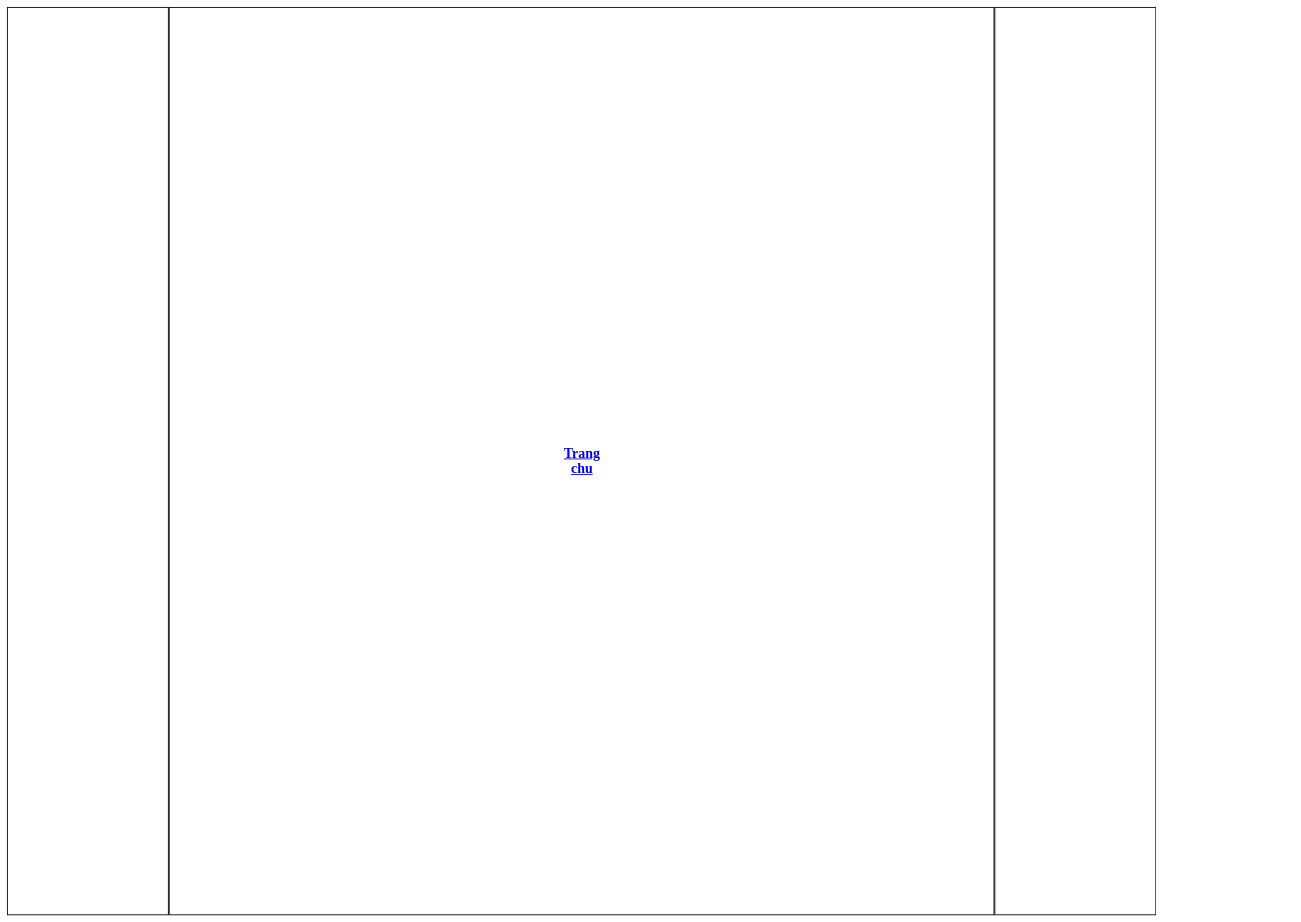
Repository: longtn213/Frond_end_HTML-CSS
Page: Front-End/Demohtml/Demo Html Css.html
The author's editor kept a copy of each file at every save. The page is drawn from the files as they stood at one save, then again after the next save.
The browser window is 1280 px wide. The page is 1329 px wide, then 1495 px, so the pictures cover 1495 px, including what lies to the right of the window. The pictures show the whole page, at 87% of full size.

Above is the page before, as saved 2021-09-09 14:16:45.

After the next save:
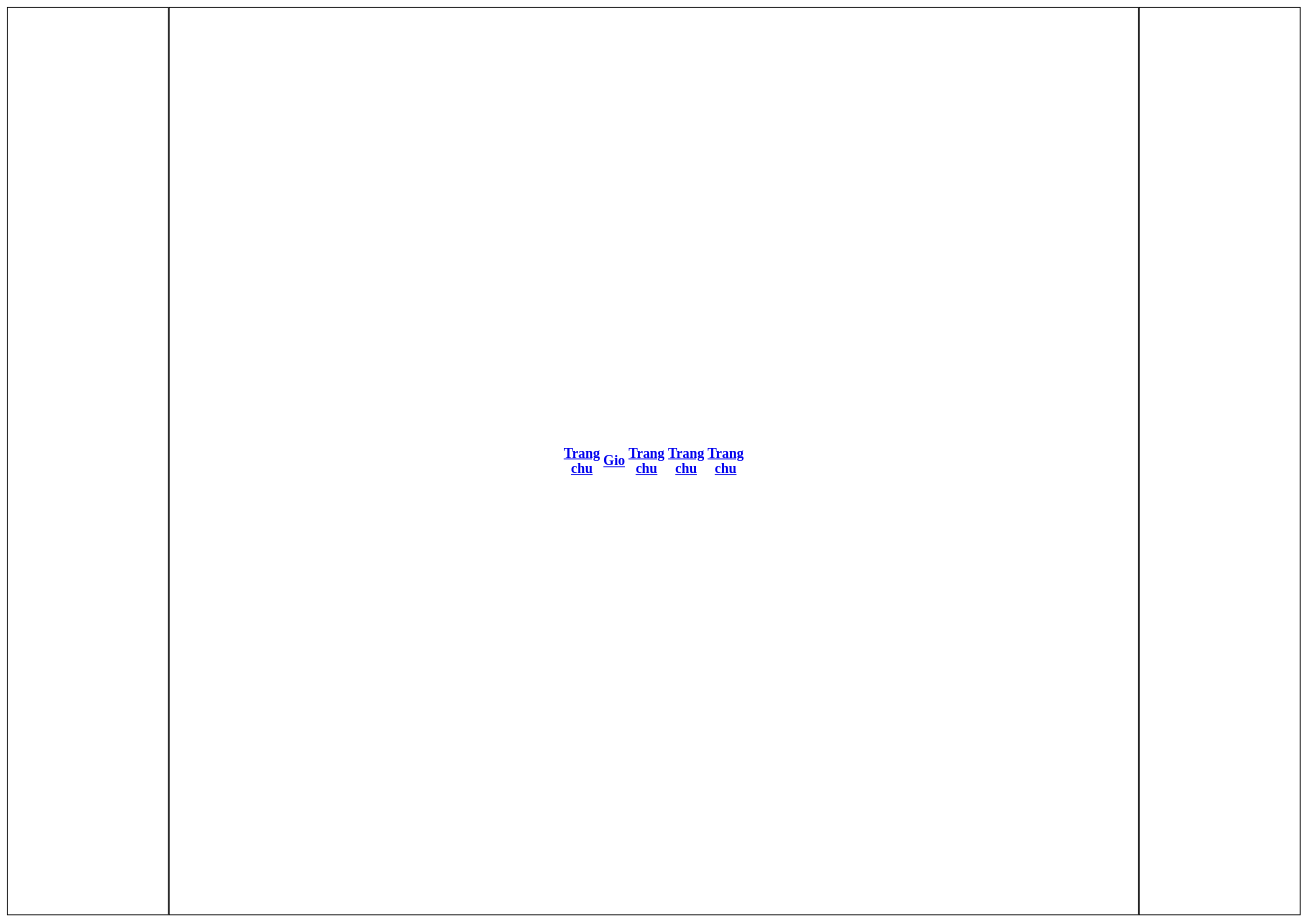
Saved 33 s later.
--- a/Front-End/Demohtml/Demo Html Css.html
+++ b/Front-End/Demohtml/Demo Html Css.html
@@ -16,6 +16,10 @@
         <table class="table2">
             <tr>
                 <th><a href="#">Trang chu</a></th>
+                <th><a href="#">Gio</a></th>
+                <th><a href="#">Trang chu</a></th>
+                <th><a href="#">Trang chu</a></th>
+                <th><a href="#">Trang chu</a></th>
             </tr>
         </table>
         <table class="table3">
